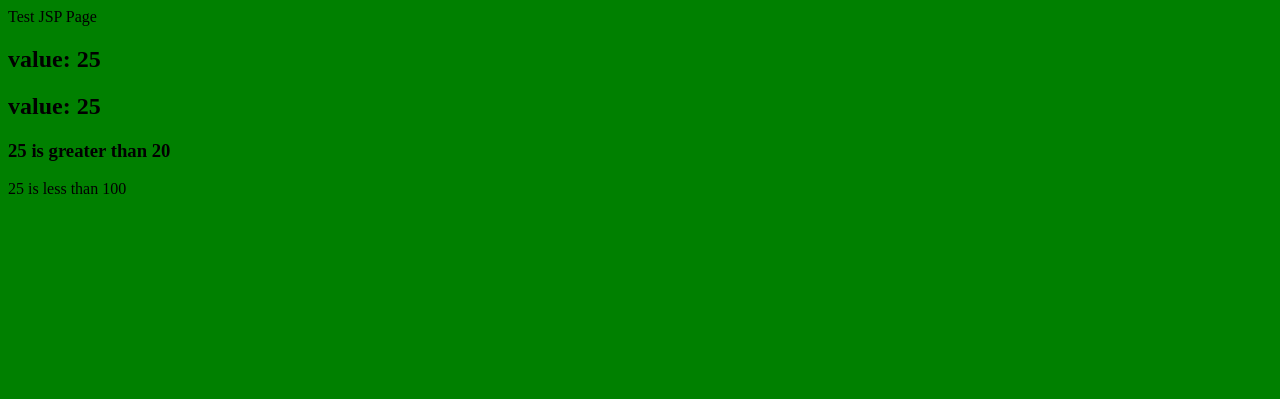
Repository: MayukhBR13/antwalk_classes
Page: http://localhost/DemoDynamic2Project/first.jsp
These files come from the project's save history. The page is drawn as it stood at one moment and after the next save; the edit follows.
The browser window is 1280 px wide. The pictures show the whole page.
The page is served by Tomcat 9.

Above is the page before, as saved 2023-02-08 10:33:48.

After the next save:
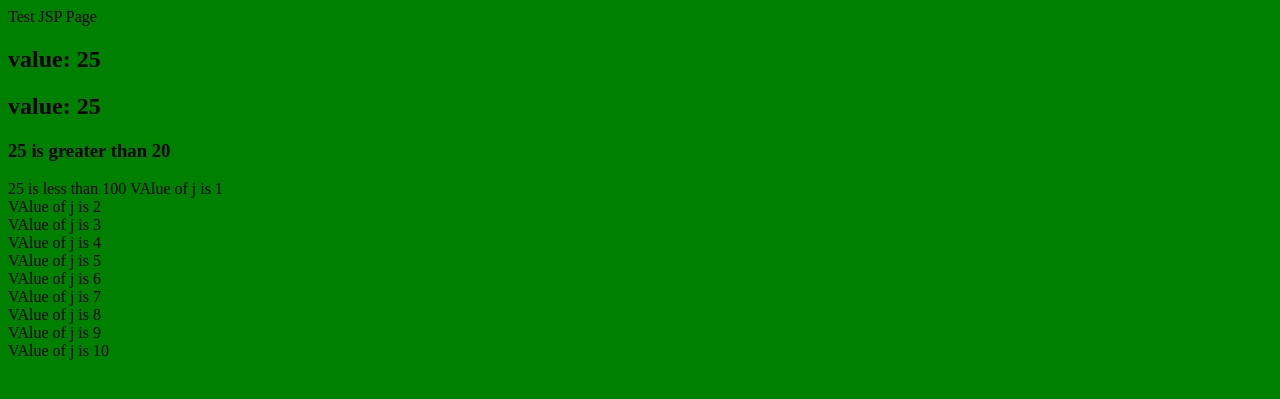
Saved 116 s later.
--- a/DemoDynamic2Project/src/main/webapp/first.jsp
+++ b/DemoDynamic2Project/src/main/webapp/first.jsp
@@ -40,6 +40,19 @@ Test JSP Page
 </c:otherwise>
 </c:choose>
 
+<c:forEach var="j" begin="1" end="10">
+	VAlue of j is <c:out value="${j}"></c:out><br>
+</c:forEach>
+
+
+
+
+
+
+
+
+
+
 
 
 <c:remove var="i"></c:remove>
